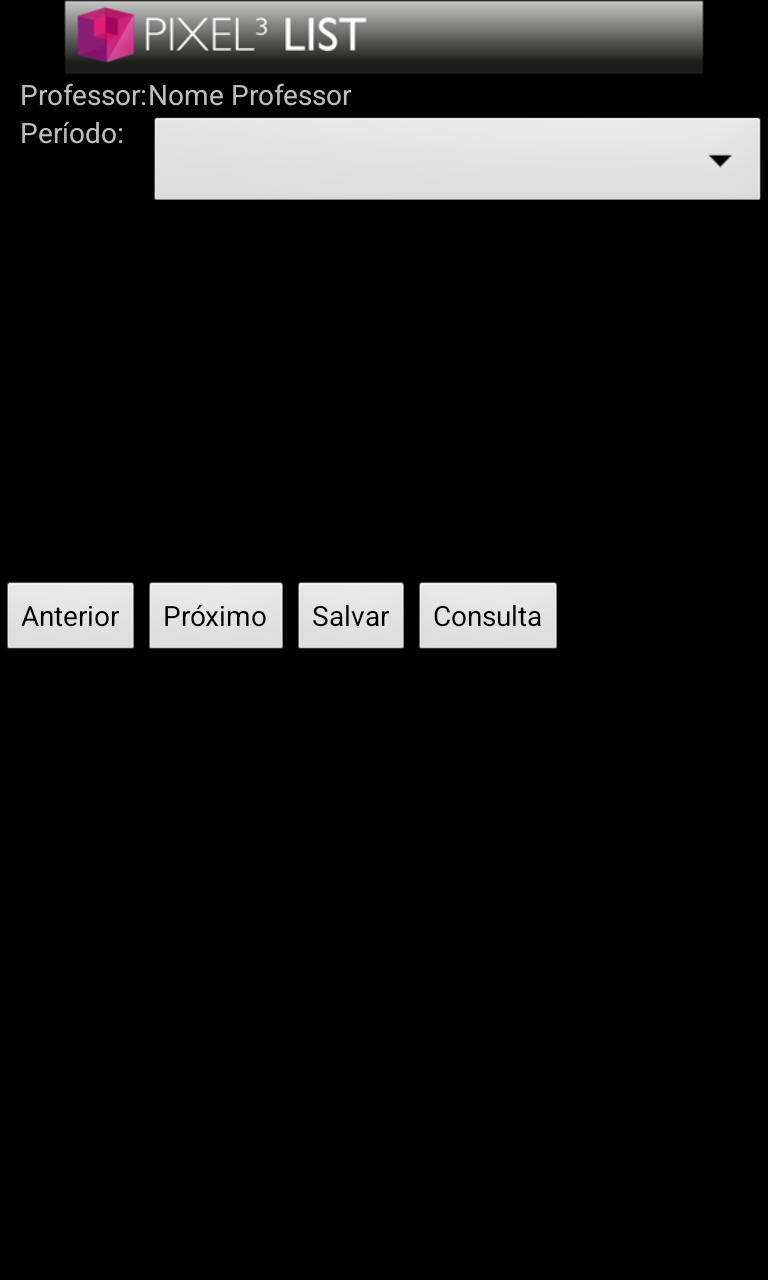
Repository: pixel3mobi/listaDigital
Layout: Pixel3List/res/layout/chamada.xml
These files come from the project's save history. The layout is drawn as it stood at one moment and after the next save; the edit follows.
It is drawn on a 768 x 1280 px phone screen (xhdpi) without system bars, with theme android:Theme; the app's code is not run. Lists and similar views that code fills are empty.

Above is the layout before, as saved 2011-03-26 00:06:14.

After the next save:
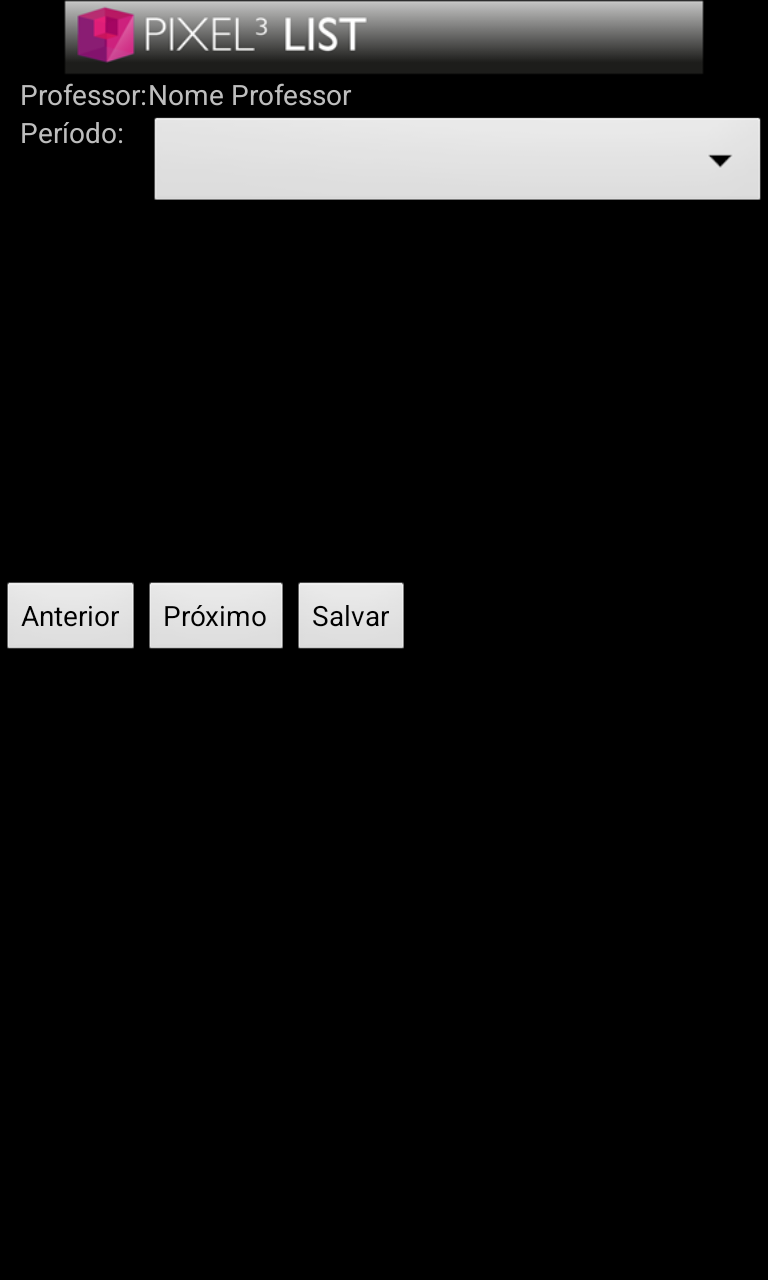
Saved 2 min 52 s later.
--- a/Pixel3List/res/layout/chamada.xml
+++ b/Pixel3List/res/layout/chamada.xml
@@ -43,6 +43,5 @@
 		<Button android:layout_alignParentLeft="true" android:id="@+id/btnAnterior" android:layout_height="40dip" android:layout_width="wrap_content" android:text="Anterior"></Button>
 		<Button android:layout_alignTop="@+id/btnAnterior" android:id="@+id/btnProximo" android:layout_toRightOf="@+id/btnAnterior" android:layout_height="40dip" android:layout_width="wrap_content" android:layout_alignBottom="@+id/btnAnterior" android:text="Próximo"></Button>
 		<Button android:layout_alignTop="@+id/btnProximo" android:id="@+id/btnSalvar" android:layout_toRightOf="@+id/btnProximo" android:layout_height="40dip" android:layout_width="wrap_content" android:layout_alignBottom="@+id/btnProximo" android:text="Salvar"></Button>
-		<Button android:layout_alignTop="@+id/btnSalvar" android:id="@+id/btnConsulta" android:layout_toRightOf="@+id/btnSalvar" android:layout_height="40dip" android:layout_width="wrap_content" android:layout_alignBottom="@+id/btnSalvar" android:text="Consulta"></Button>
 	</RelativeLayout>
 </RelativeLayout>
